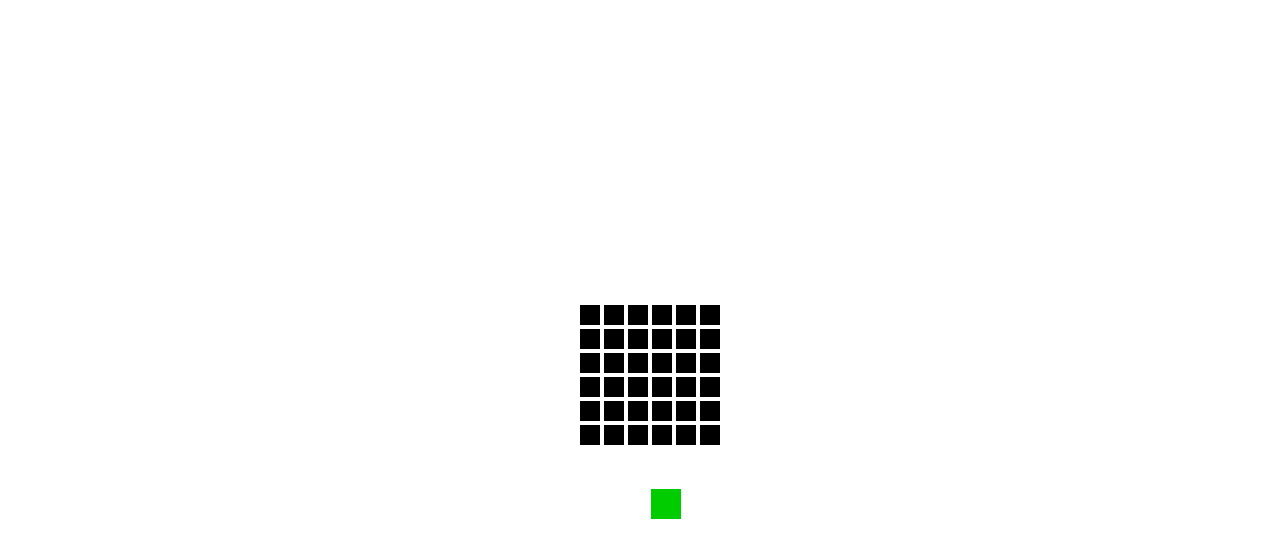
Repository: bradk647/bradk647.github.io
Page: TypeWeb/Home/homepage.html
The author's editor kept a record of every edit. The page is drawn from the files as they stood at one moment, then again after the next edit.
The browser window is 1280 px wide. The pictures show the whole page.
Some web fonts or font styles are not loaded; a fallback is used.

Above is the page before.

After the next edit:
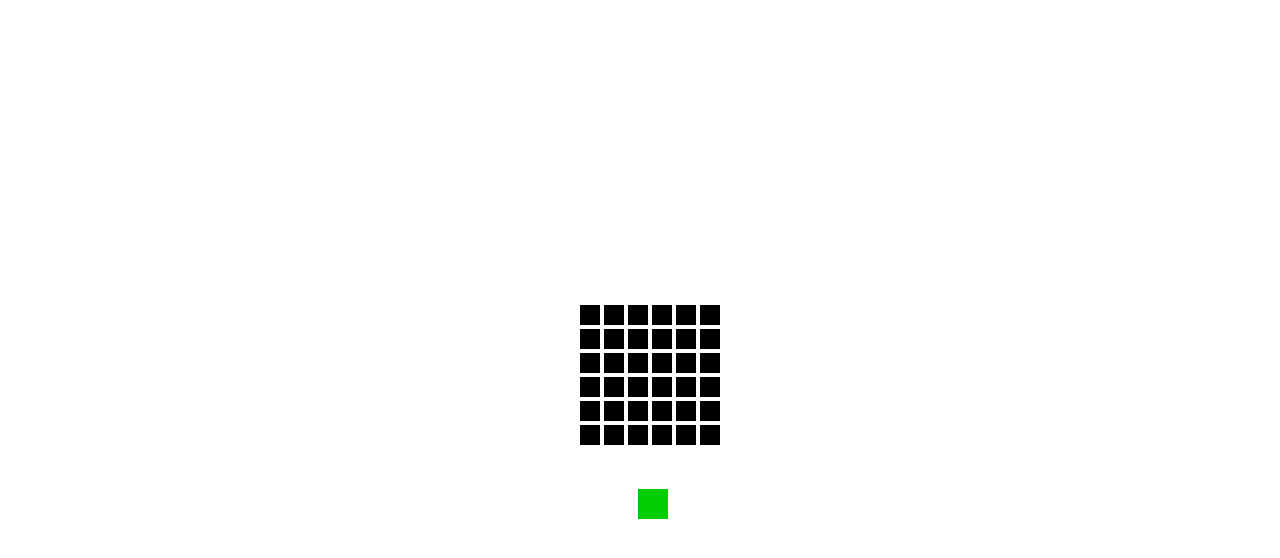
The edit:
--- a/TypeWeb/Home/typeface.css
+++ b/TypeWeb/Home/typeface.css
@@ -31,7 +31,7 @@
 }
 .start {
     position: absolute;
-  left: 52%;
+  left: 51%;
   top: 70%;
   -webkit-transform: translate(-50%, -50%);
   transform: translate(-50%, -50%);
